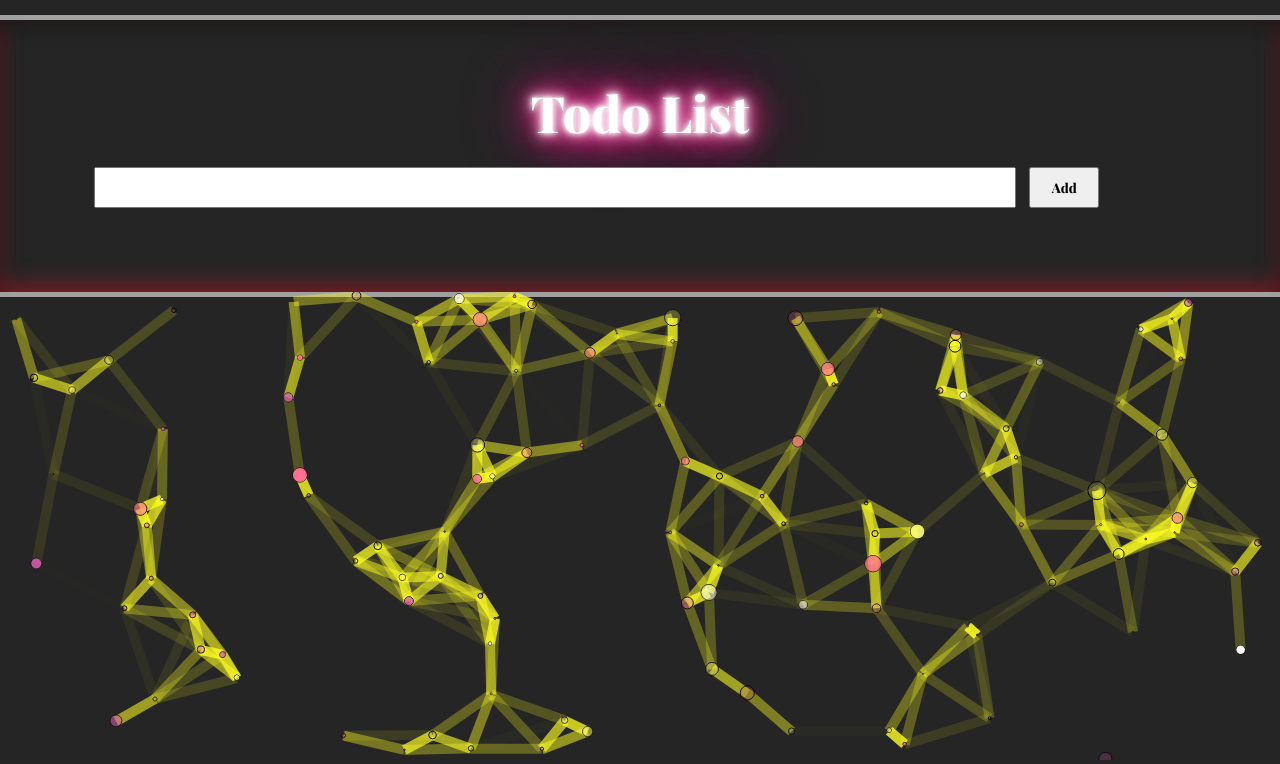
Repository: TENSAEA/----todo
Page: index.html
An editor plug-in stored every save of this project. The page is shown before and after the next save, followed by the edit.
The browser window is 1280 px wide. The pictures show the whole page.
Some web fonts or font styles are not loaded; a fallback is used.

Above is the page before, as saved 2023-10-25 14:22:36.

After the next save:
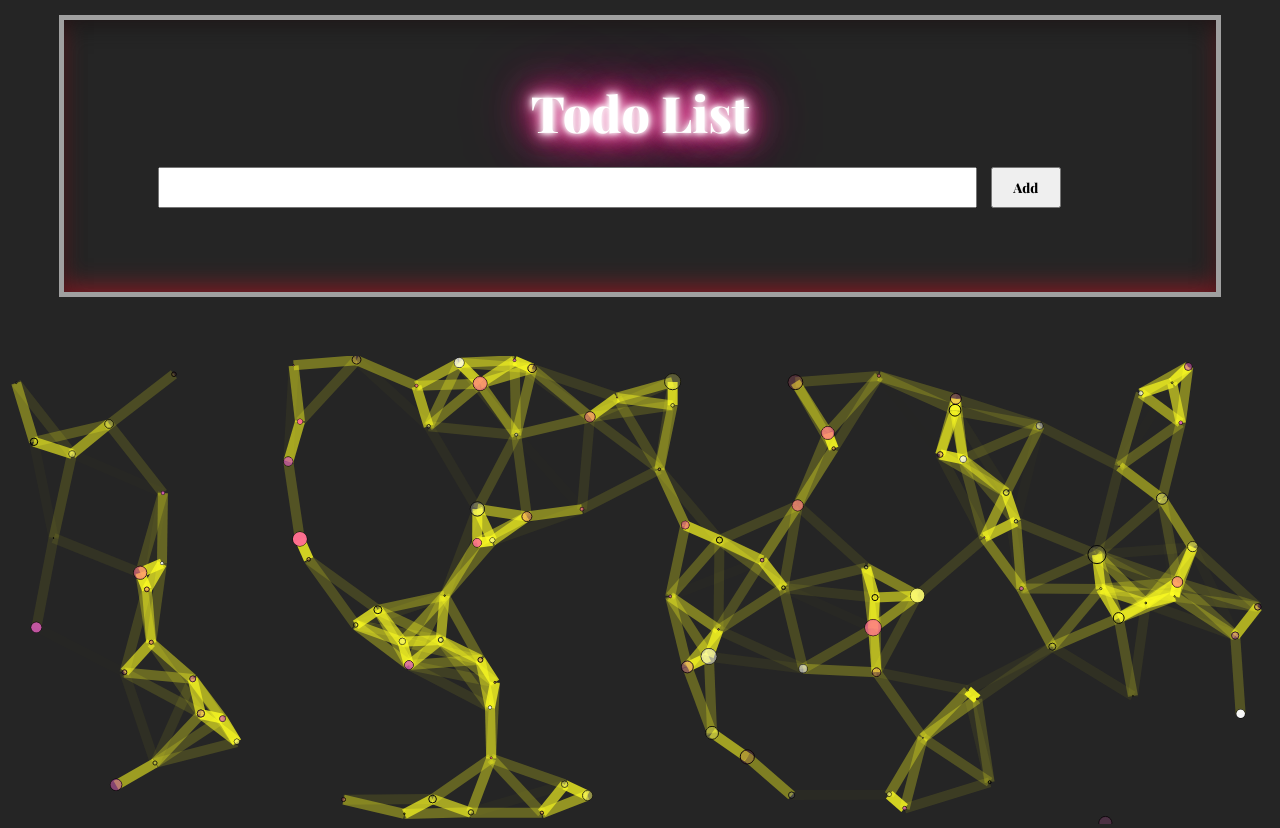
Saved 8 s later.
--- a/style.css
+++ b/style.css
@@ -26,7 +26,7 @@ box-shadow: 0px 0px 0px 5px #A0A0A0, inset 0px 10px 27px -8px #141414, inset 0px
     display: flex;
     flex-direction: column;
     padding: 5%;
-    margin:5$;
+    margin:5%;
     margin-top:20px;
 }
 
